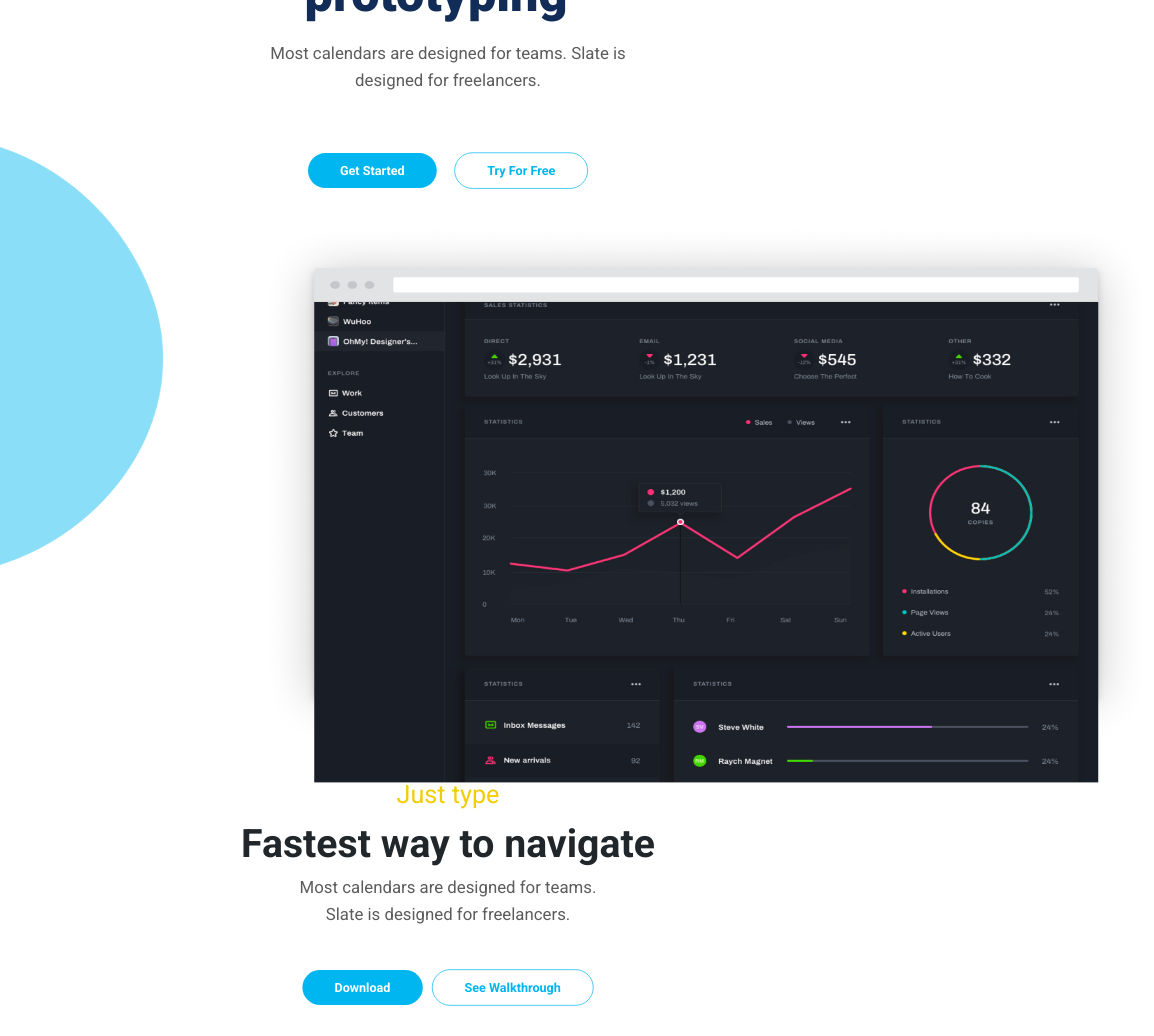
Repository: tungcutte35/Figma-Land
Page: sass/index.html
The author's editor kept a copy of each file at every save. The page is drawn from the files as they stood at one save, then again after the next save.
The browser window is 1280 px wide. The page is 1648 px wide, then 1293 px, so the pictures cover 1648 px, including what lies to the right of the window. The pictures show the part of the page from y = 324 to 1804 px (the page is 5053 px tall), at 70% of full size.
The style sheet was rebuilt from its Sass, Less or Tailwind sources for each picture, by a compiler version that may differ from the author's.

Above is the page before, as saved 2021-10-24 18:19:19.

### sass/index.html
<!DOCTYPE html>
<html lang="en">
  <head>
    <meta charset="UTF-8" />
    <meta http-equiv="X-UA-Compatible" content="IE=edge" />
    <meta name="viewport" content="width=device-width, initial-scale=1.0" />
    <title>Figma Land</title>
    <link rel="stylesheet" href="./css/app.css" />
    <link rel="preconnect" href="https://fonts.googleapis.com" />
    <link rel="preconnect" href="https://fonts.gstatic.com" crossorigin />
    <link
      href="https://fonts.googleapis.com/css2?family=Roboto:wght@400;700;900&display=swap"
      rel="stylesheet"
    />
  </head>
  <body>
    <div class="wrapper">
      <header class="header">
        <div class="container">
          <div class="header-container">
            <div class="header-img">
              <a href="#">
                <img srcset="./images/logo.png 2x" alt="" />
              </a>
            </div>
            <ul class="menu">
              <li class="menu-item">
                <a href="#" class="menu-link">Home</a>
              </li>
              <li class="menu-item">
                <a href="#" class="menu-link">Product</a>
              </li>
              <li class="menu-item">
                <a href="#" class="menu-link">About</a>
              </li>
              <li class="menu-item">
                <a href="#" class="menu-link">Contact</a>
              </li>
            </ul>
            <div class="header-login">
              <a href="#" class="button button--outline">Login</a>
            </div>
          </div>
        </div>
      </header>
      <main>
        <section class="lightning">
          <div class="container">
            <div class="lightning-container">
              <div class="lightning-header">
                <h2 class="lightning-heading">Lightning fast prototyping</h2>
                <p class="text lightning-content">
                  Most calendars are designed for teams. Slate is designed for
                  freelancers.
                </p>
                <div class="lightning-button">
                  <a href="#" class="button button--primary">Get Started</a>
                  <a href="#" class="button button--outline">Try For Free</a>
                </div>
                <img
                  srcset="./images/img.png 2x"
                  alt=""
                  class="lightning-img"
                />
              </div>

              <img
                srcset="./images/Vector.png 2x"
                alt=""
                class="lightning-vector1"
              />
              <img
                srcset="./images/Vector2.png 2x"
                alt=""
                class="lightning-vector2"
              />
            </div>
          </div>
        </section>
        <section class="fastest">
          <div class="container">
            <div class="fastest-container">
              <div class="fastest-header">
                <h3 class="fastest-type">Just type</h3>
                <h3 class="heading fastest-heading">Fastest way to navigate</h3>
                <p class="text fastest-content">
                  Most calendars are designed for teams. Slate is designed for
                  freelancers.
                </p>
              </div>
              <div class="fastest-button">
                <a href="#" class="button button--primary">Download</a>
                <a href="#" class="button button--outline">See Walkthrough</a>
              </div>
            </div>
          </div>
        </section>
        <section class="features">
          <div class="container-fly">
            <div class="features-container">
              <div class="features-firsd">
                <div class="features-desc">
                  <h3 class="heading features-heading">OpenType features</h3>
                  <p class="text features-content">
                    Most calendars are designed for teams. Slate is designed for
                    freelancers who want a simple way to plan their schedule.
                  </p>
                  <button class="features-more">LEARN MORE</button>
                </div>
                <div class="features-img">
                  <img srcset="./images/features1.png 2x" alt="" />
                </div>
              </div>
              <div class="features-seconds">
                <div class="features-img">
                  <img srcset="./images/features2.png 2x" alt="" />
                </div>
                <div class="features-desc">
                  <h3 class="heading features-heading">Variable fonts</h3>
                  <p class="text features-content">
                    Most calendars are designed for teams. Slate is designed for
                    freelancers
                  </p>
                  <button class="features-more">LEARN MORE</button>
                </div>
              </div>
            </div>
            <img
              srcset="./images/features-vector1.png 2x"
              alt=""
              class="features-vector1"
            />
            <img
              srcset="./images/features-vector2.png 2x"
              alt=""
              class="features-vector2"
            />
          </div>
        </section>
        <section class="work">
          <div class="container">
            <div class="work-container">
              <h3 class="heading work-heading">A rethink of how we work</h3>
              <p class="text work-content">
                Being a freelancer is a rollercoaster of emotions. We built
                Slate to keep your
              </p>
              <div class="work-img">
                <img srcset="./images/work.png 2x" alt="" />
              </div>
              <div class="work-desc">
                <span class="work-facebook">Facebook</span>
                <span class="work-data">35,929</span>
              </div>
              <a href="#" class="button button--primary">
                Get Started For Free
              </a>
            </div>
          </div>
        </section>
        <section class="testimonial">
          <div class="container">
            <div class="testimonial-container">
              <h3 class="heading testimonial-heading">Testimonials</h3>
              <div class="testimonial-img">
                <img srcset="./images/IBM.png 2x" alt="" />
              </div>
              <p class="text-small testimonial-content">
                Being a freelancer is a rollercoaster of emotions. We built
                Slate to keep your freelance business less stressful. We'd love
                to show you what we're building...
              </p>
              <div class="testimonial-author">
                <div class="testimonial-avtar">
                  <img srcset="./images/author.png 2x" alt="" />
                </div>
                <div class="testimonial-desc">
                  <p class="testimonial-name">Esther Webb</p>
                  <span class="testimonial-job">Designer</span>
                </div>
              </div>
              <a href="#" class="button button--primary">All Testimonials</a>
            </div>
          </div>
        </section>
        <section class="pricing">
          <div class="container-fly">
            <div class="pricing-container">
              <div class="pricing-content">
                <h3 class="heading pricing-heading">Pricing</h3>
                <p class="text-small pricing-desc">
                  Most calendars are designed for teams. Slate is designed for
                  freelancers who want a simple way to plan their schedule.
                </p>
              </div>
              <div class="pricing-buy">
                <p class="pricing-time">30-DAY FREE TRIAL</p>
                <div class="pricing-price">
                  <img srcset="./images/price.png 2x" alt="" />
                </div>
                <p class="text-small pricing-third">
                  Most calendars are designed for teams.
                </p>
                <a href="#" class="button button--primary">Get Started</a>
              </div>
            </div>
          </div>
        </section>
        <section class="focus">
          <div class="container-fly">
            <div class="focus-container">
              <div class="focus-header">
                <h3 class="focus-heading">We focus on ergonomic meeting</h3>
              </div>
              <div class="focus-content">
                <p class="text-small focus-desc1">
                  Being a freelancer is a rollercoaster of emotions. We built
                  Slate to keep your freelance business building...
                </p>
                <p class="text-small focus-desc2">
                  Being a freelancer is a rollercoaster of emotions. We built
                  Slate to keep your freelance business building...
                </p>
                <a href="#" class="button button--primary">Get Started</a>
              </div>
            </div>
          </div>
        </section>
      </main>
      <footer class="footer">
        <div class="container">
          <div class="footer-container">
            <div class="footer-firsd">
              <div class="footer-logo">
                <img srcset="./images/logo.png 2x" alt="" />
              </div>
              <p class="footer-content">Just type what's on your mind</p>
            </div>
            <ul class="footer-seconds">
              <li class="footer-item">
                <a href="" class="footer-link">Home</a>
              </li>
              <li class="footer-item">
                <a href="" class="footer-link">Product</a>
              </li>
              <li class="footer-item">
                <a href="" class="footer-link">About</a>
              </li>
              <li class="footer-item">
                <a href="" class="footer-link">Contact</a>
              </li>
            </ul>
            <div class="footer-social">
              <div class="footer-twitter">
                <img src="./images/Twitter.svg" alt="" />
              </div>
              <div class="footer-facebook">
                <img src="./images/facebook.svg" alt="" />
              </div>
              <div class="footer-in">
                <img src="./images/In.svg" alt="" />
              </div>
            </div>
          </div>
        </div>
        <div class="footer-copy">
          <p class="footer-copyright">© 2021 - Bản quyền thuộc về Tungcutte</p>
        </div>
      </footer>
    </div>
  </body>
</html>

### sass/app.scss
@import "./reset";
@import "./variables";
@import "./global";
@import "./header";
@import "./menu";
@import "./lightning";
@import "./fastest";
@import "./features";
@import "./work";
@import "./testimonial";
@import "./pricing";
@import "./focus";
@import "./footer";

### sass/_variables.scss
$font: "Roboto", sans-serif;
$primary-color: #00b6f0;
$heading-color: #20262a;
$text-color: #5c5c5c;
$secondary-color: #112d57;

### sass/_global.scss
.wrapper {
  max-width: 1600px;
  margin: 0 auto;
}
.container {
  max-width: 1160px;
  margin: 0 auto;
  padding: 0 20px;
}
.container-fly {
  max-width: 1045px;
  margin: 0 auto;
  padding: 0 20px;
}
body {
  font-family: $font;
  line-height: 1;
  font-size: 18px;
  color: $heading-color;
}
ul {
  list-style-type: none;
}
.button {
  display: inline-flex;
  justify-content: center;
  align-items: center;
  font-size: 18px;
  font-weight: 700;
  // height: 50px;
  line-height: 1;
  font-family: $font;
  padding: 16px 46px;
  border-radius: 85px;
  background-color: transparent;
  border: 0;
  outline: none;
  cursor: pointer;
  transition-duration: 0.4s;

  &--primary {
    color: #fff;
    background-color: $primary-color;
    &:hover {
      color: $primary-color;
      background-color: transparent;
      border: 1.4px solid $primary-color;
    }
  }
  &--outline {
    color: $primary-color;
    border: 1.4px solid $primary-color;
    &:hover {
      background-color: $primary-color;
      color: white;
    }
  }
}

.heading {
  color: $heading-color;
  font-weight: 700;
  font-size: 56px;
  line-height: calc(65 / 56);
}
.text {
  font-size: 24px;
  font-weight: 450;
  color: $text-color;
  line-height: calc(38 / 24);
}
.text-small {
  font-size: 19px;
  line-height: calc(30 / 19);
  font-weight: 450;
  color: $text-color;
}

### sass/_header.scss
.header {
  margin-top: 30px;
  margin-bottom: 91px;

  &-container {
    display: flex;
    justify-content: space-between;
    align-items: center;
  }
}

### sass/_menu.scss
.menu {
  display: flex;
  align-items: center;
  justify-content: center;
  gap: 0 41px;
  &-item {
    display: flex;
    align-items: center;
    justify-content: center;
  }
  &-link {
    color: inherit;
    font-size: 20px;
    &:after {
      display: block;
      content: "";
      border-bottom: solid 2px $primary-color;
      transform: scaleX(0);
      transition: transform 250ms ease-in-out;
    }
    &:hover:after {
      transform: scaleX(1);
    }
    &:hover {
      color: $primary-color;
    }
  }
}

### sass/_lightning.scss
.lightning {
  margin-bottom: 800px;

  &-container {
    display: flex;
    align-items: center;
    justify-content: center;
    gap: 0 25px;
    // position: relative;
  }
  &-header {
    text-align: center;
    max-width: 544px;
  }
  &-heading {
    max-width: 510px;
    font-weight: 900;
    font-size: 72px;
    line-height: calc(78 / 72);
    color: $secondary-color;
    margin-bottom: 27px;
  }
  &-content {
    margin-bottom: 84px;
  }
  &-button {
    display: flex;
    align-items: center;
    justify-content: center;
    gap: 0 25px;
    margin-bottom: 45px;
  }
  &-vector1 {
    position: absolute;
    left: -1%;
    bottom: -60%;
  }
  &-vector2 {
    position: absolute;
    right: -1%;
    bottom: -75%;
  }
  &-img {
    position: absolute;
    // bottom: -165%;
    // left: 2px;
    z-index: 99;
    width: 100%;
    height: 803px;
  }
}

### sass/_fastest.scss
.fastest {
  margin-bottom: 162px;
  &-container {
    margin: 0 auto;
  }
  &-header {
    text-align: center;
  }
  &-type {
    font-size: 36px;
    line-height: calc(42 / 36);
    color: #f3cd03;
    font-weight: 450;
    margin-bottom: 17px;
  }
  &-heading {
    margin-bottom: 10px;
  }
  &-content {
    max-width: 459px;
    margin: 0 auto;
    margin-bottom: 60px;
  }
  &-button {
    display: flex;
    align-items: center;
    justify-content: center;
    gap: 0 13px;
  }
}

### sass/_features.scss
.features {
  margin-bottom: 100px;
  position: relative;
  &-container {
    display: grid;
    grid-template-rows: repeat(2, 1fr);
    grid-gap: 50px 0;
  }
  &-firsd {
    display: flex;
    justify-content: space-between;
    align-items: center;
    gap: 0 60px;
    max-width: 1045px;
  }

  &-heading {
    font-size: 36px;
    line-height: calc(42 / 36);
    font-weight: 450;
    margin-bottom: 16px;
  }
  &-content {
    margin-bottom: 20px;
    max-width: 468px;
  }
  &-more {
    outline: none;
    border: none;
    background-color: transparent;
    font-size: 18px;
    line-height: calc(20 / 18);
    font-weight: 450;
    color: $primary-color;
  }
  &-seconds {
    display: flex;
    justify-content: space-between;
    align-items: center;
    gap: 0 50px;
    max-width: 966px;
  }
  &-vector1 {
    position: absolute;
    right: -1%;
    top: -8%;
    z-index: -1;
  }
  &-vector2 {
    position: absolute;
    left: -1%;
    bottom: -4%;
    z-index: -1;
  }
}

### sass/_work.scss
.work {
  margin-bottom: 200px;
  &-container {
    text-align: center;
  }
  &-heading {
    margin-bottom: 10px;
  }
  &-content {
    font-size: 19px;
    line-height: calc(30 / 19);
    font-weight: 450;
    margin-bottom: 52px;
  }
  &-img {
    display: flex;
    align-items: center;
    justify-content: center;
    margin-bottom: 7px;
  }
  &-desc {
    display: flex;
    justify-content: space-between;
    align-items: center;
    margin: 0 190px;
    margin-bottom: 40px;
  }
  &-facebook {
    font-size: 14px;
    line-height: calc(24 / 14);
    font-weight: 400;
    color: #505d6f;
  }
  &-data {
    font-size: 14px;
    line-height: calc(24 / 14);
    font-weight: 700;
    color: #505d70;
  }
}

### sass/_testimonial.scss
.testimonial {
  margin-bottom: 110px;
  &-container {
    text-align: center;
  }
  &-heading {
    margin-bottom: 50px;
  }
  &-img {
    display: flex;
    align-items: center;
    justify-content: center;
    margin-bottom: 50px;
  }
  &-content {
    max-width: 480px;
    margin: 0 auto;
    margin-bottom: 50px;
  }

  &-author {
    margin-bottom: 50px;
    display: flex;
    justify-content: center;
    align-items: center;
  }
  &-desc {
    margin-left: 15px;
    text-align: start;
  }
  &-name {
    font-size: 18px;
    line-height: calc(20 / 18);
    font-weight: 450;
    color: #20262a;
  }
  &-job {
    font-size: 18px;
    line-height: calc(28 / 18);
    color: $text-color;
    font-weight: 450;
  }
}

### sass/_pricing.scss
.pricing {
  background: #182333;

  &-container {
    color: white;
    display: flex;
    justify-content: space-between;
    align-items: center;
    padding: 100px 70px;
  }
  &-content {
    max-width: 437px;
  }
  &-heading {
    color: white;
    margin-bottom: 16px;
  }
  &-desc {
    color: white;
    max-width: 400px;
  }
  &-buy {
    max-width: 277px;
  }
  &-time {
    font-size: 18px;
    line-height: calc(28 / 18);
    font-weight: 450;
    margin-bottom: 10px;
  }
  &-price {
    margin-bottom: 20px;
  }
  &-third {
    max-width: 250px;
    color: white;
    margin-bottom: 20px;
  }
}

### sass/_focus.scss
.focus {
  background: linear-gradient(180deg, #e9faff 0%, rgba(233, 250, 255, 0) 100%);
  &-container {
    display: flex;
    justify-content: space-between;
    align-items: center;
    padding: 50px 0 70px;
    gap: 0 110px;
  }
  &-header {
    margin-top: -20%;
  }
  &-heading {
    font-weight: 450;
    font-size: 36px;
    max-width: 406px;
  }
  &-content {
    max-width: 446px;
  }
  &-desc1 {
    max-width: 430px;
    margin-bottom: 40px;
  }
  &-desc2 {
    max-width: 430px;
    margin-bottom: 20px;
  }
}

### sass/_footer.scss
.footer {
  &-container {
    display: flex;
    justify-content: space-between;
    align-items: center;
    padding-bottom: 20px;
  }
  &-logo {
    height: 58px;
    max-width: 206px;
    img {
      width: 100%;
      height: 100%;
      object-fit: cover;
    }
  }
  &-content {
    font-size: 18px;
    line-height: calc(28 / 18);
    font-weight: 450;
  }
  &-seconds {
    display: flex;
    justify-content: space-between;
    align-items: center;
    gap: 0 31px;
  }
  &-social {
    display: flex;
    justify-content: space-between;
    align-items: center;
    gap: 0 35px;
    cursor: pointer;
  }
  &-link {
    font-size: 18px;
    line-height: calc(20 / 18);
    font-weight: 450;
    color: $heading-color;
  }
  &-copy {
    text-align: center;
    margin-bottom: 60px;
  }
}

Loaded but not shown: sass/_reset.scss (common file)

After the next save:
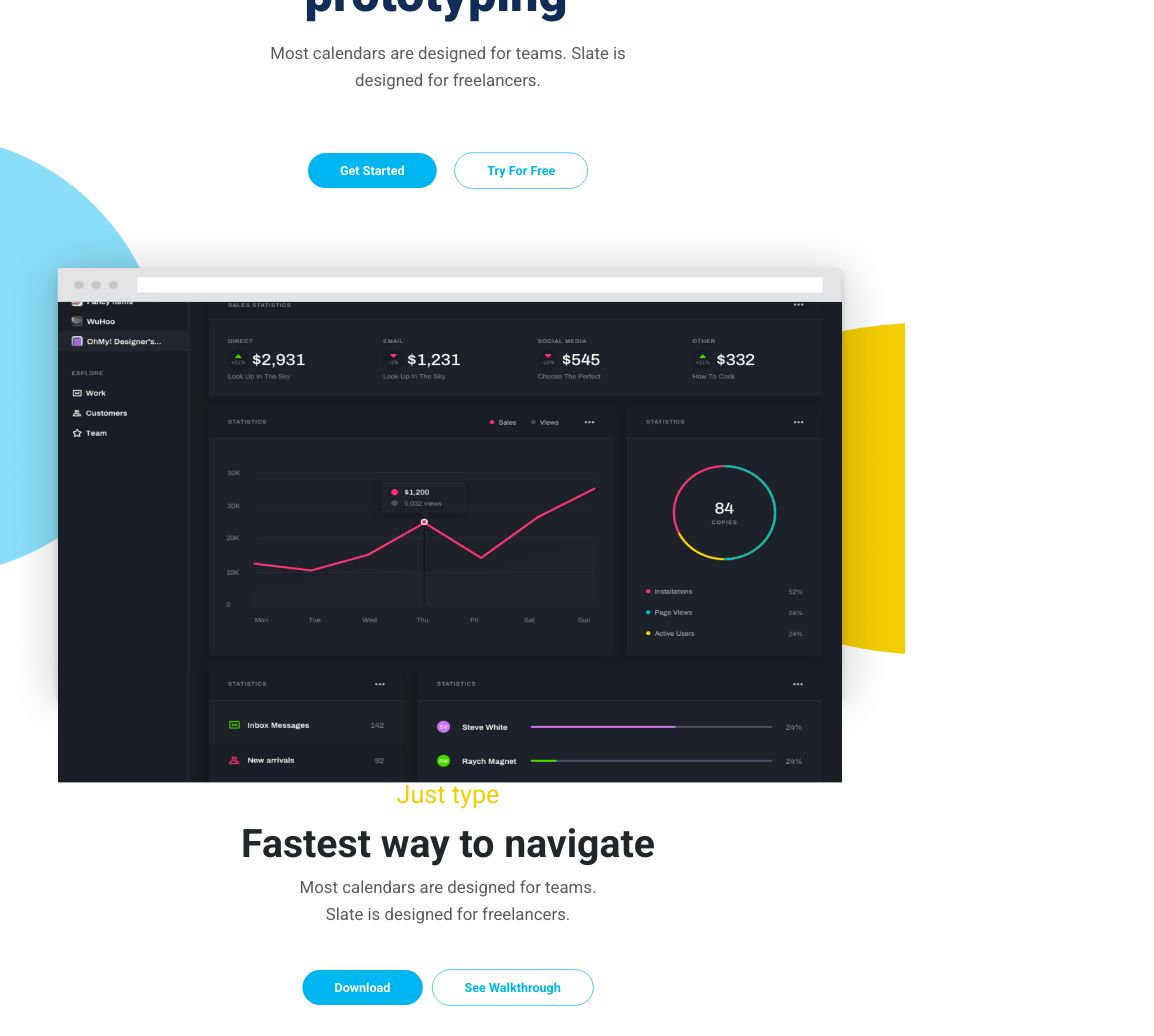
Saved 6 s later.
--- a/sass/_lightning.scss
+++ b/sass/_lightning.scss
@@ -43,7 +43,7 @@
   &-img {
     position: absolute;
     // bottom: -165%;
-    // left: 2px;
+    left: 2px;
     z-index: 99;
     width: 100%;
     height: 803px;
